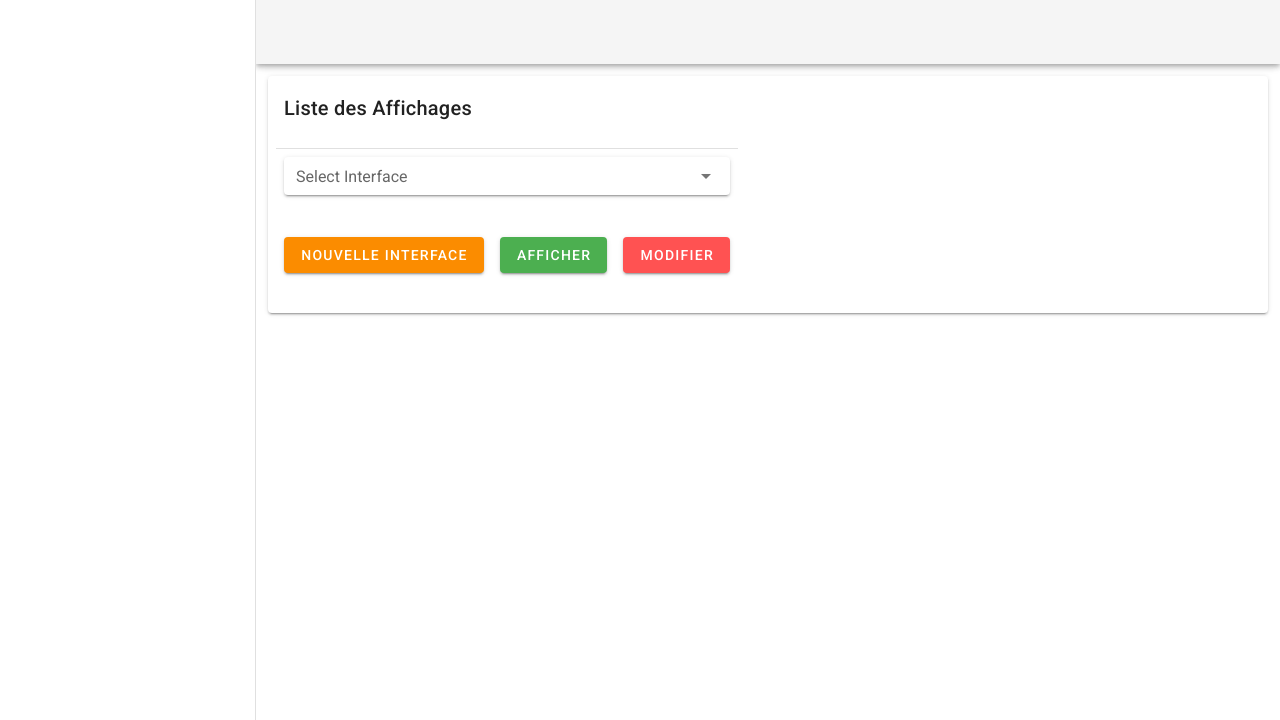
Repository: Hamagistral/BannerApp-Vue
Page: /
The author's editor kept a copy of each file at every save. The page is drawn from the files as they stood at one save, then again after the next save.
The browser window is 1280 px wide. The pictures show the whole page.
The project was rebuilt for these pictures with package versions that can differ from the ones it lists, and the page was loaded fresh each time. Also part of the build but not shown: vue.config.js. Imported but missing from the stored project, and not drawn on this page: src/DynamicPage.vue.

Above is the page before, as saved 2023-02-07 01:15:39.

### public/index.html
<!DOCTYPE html>
<html lang="en">
  <head>
    <meta charset="utf-8">
    <meta http-equiv="X-UA-Compatible" content="IE=edge">
    <meta name="viewport" content="width=device-width,initial-scale=1.0">
    <link rel="icon" href="<%= BASE_URL %>favicon.ico">
    <title>Banner App</title>
    <link rel="stylesheet" href="https://fonts.googleapis.com/css?family=Roboto:100,300,400,500,700,900">
    <link rel="stylesheet" href="https://cdn.jsdelivr.net/npm/@mdi/font@latest/css/materialdesignicons.min.css">
  </head>
  <body>
    <noscript>
      <strong>We're sorry but Banner App doesn't work properly without JavaScript enabled. Please enable it to continue.</strong>
    </noscript>
    <div id="app"></div>
    <!-- built files will be auto injected -->
  </body>
</html>

### src/App.vue
<template>
  <v-app>
  <v-navigation-drawer app>
    <!-- -->
  </v-navigation-drawer>

  <v-app-bar app>
    <!-- -->
  </v-app-bar>

  <!-- Sizes your content based upon application components -->
  <v-main>

    <!-- Provides the application the proper gutter -->
    <v-container fluid>

      <!-- If using vue-router -->
      <router-view></router-view>
    </v-container>
  </v-main>

</v-app>
</template>

<script>

export default {
  name: "App",
  components: {},
};
</script>

### src/router/index.js
import Vue from 'vue'
import VueRouter from 'vue-router'
import DynamicPage from '../DynamicPage.vue'
import Home from "../Home";

Vue.use(VueRouter)

const routes = [
  {
    path: '/',
    name: 'home',
    component: Home
  },
  {
    path: '/dynamicPage',
    name: 'dynamicPage',
    component: DynamicPage
  },

]

const router = new VueRouter({
  routes
})

export default router

### src/Home.vue
<template>
  <div class="text-center mx-auto">
    <v-dialog v-model="dialog" persistent>
      <template v-slot:activator="{ on, attrs }">
        <v-card>
            <v-card-title color="warning" text>Liste des Affichages</v-card-title >

            <v-spacer></v-spacer>

            <v-card-actions>
              <div class="text-center">
                <v-divider></v-divider>
                <v-select
                  class="ma-2"
                  :items="items"
                  label="Select Interface"
                  dense
                  solo
                ></v-select>

                <v-btn class="ma-2 mb-8" color="warning" v-bind="attrs" v-on="on">
                  Nouvelle Interface
                </v-btn>

                <v-btn class="ma-2 mb-8" color="success" to="/dynamicPage">
                  Afficher
                </v-btn>

                <v-btn class="ma-2 mb-8" color="error">
                  Modifier
                </v-btn>
              </div>
            </v-card-actions>
        </v-card>
      </template>

      <v-card class="mx-auto" max-width="344">
        <v-card-title class="text-h5 grey lighten-2">
          Add Interfaces
        </v-card-title>

        <v-tabs>
          <v-tab>Créer un nouvelle Interface</v-tab>
          <v-tab-item>
            <v-divider></v-divider>
            <v-divider></v-divider>
            <v-divider></v-divider>
            <v-divider></v-divider>
            <v-divider></v-divider>
            <v-divider></v-divider>
            <v-divider></v-divider>
            <v-divider></v-divider>
            <v-divider></v-divider>
            <v-row align="center" justify="space-around">
              <v-col cols="12" sm="6" md="4">
                <v-text-field dense label="Nom Interface" v-model="newItem"></v-text-field
                ></v-col
              ><v-btn tile color="success" v-on:click="items.push(newItem)" @click="dialog = false">
                  <v-icon left> mdi-pencil </v-icon>
                  Créer
                </v-btn></v-row
            >
          </v-tab-item>
          <v-tab>Importer une Interface</v-tab>
          <v-tab-item>Test</v-tab-item>
        </v-tabs>

        <v-divider></v-divider>
        <v-card-actions>
          <v-spacer></v-spacer>
          <v-btn color="primary" text @click="dialog = false"> Fermer </v-btn>
        </v-card-actions>
      </v-card>
    </v-dialog>
  </div>
</template>





<script>

export default {
  components: {
  },

  data() {
    return {
      newItem: "",
      show: false,
      dialog: false,
      items: ["Interface 1", "Interface 2", "Interface 3", "Interface 4"],
    };
  },
};
</script>

Loaded but not shown: src/main.js (common file); src/store/index.js (common file); src/plugins/vuetify.js (common file)

After the next save:
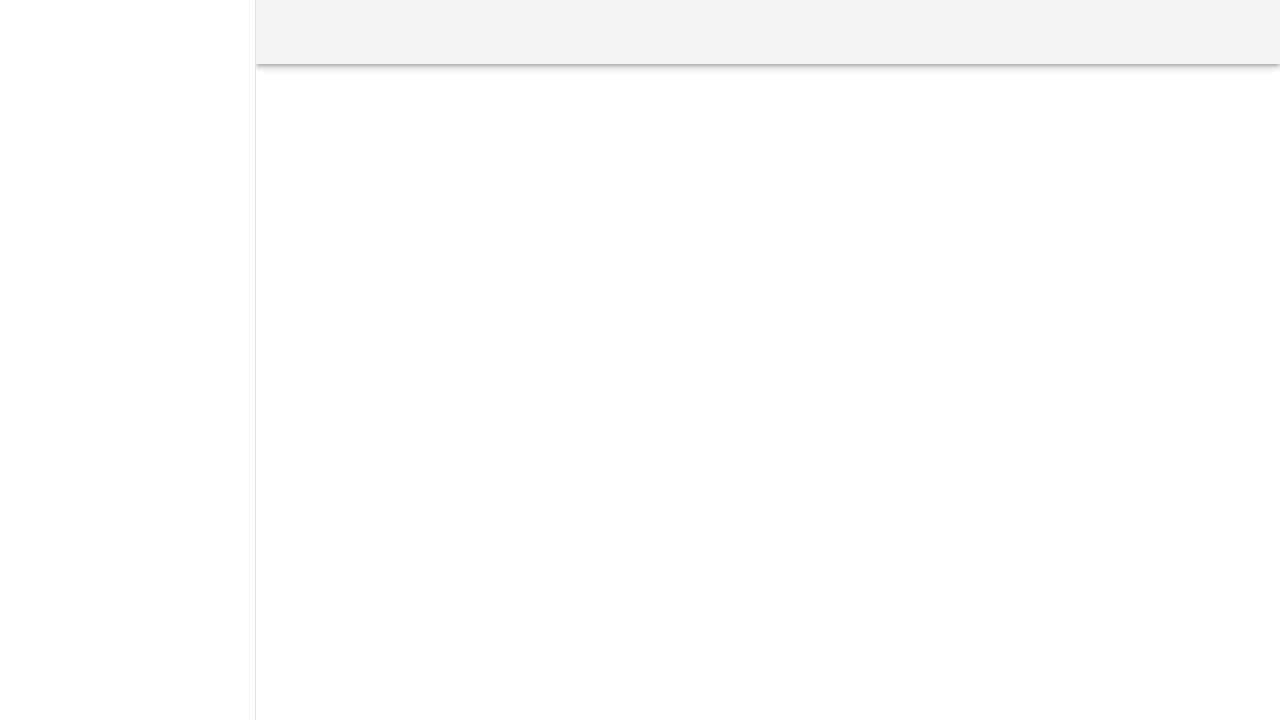
Saved 19 s later.
--- a/src/App.vue
+++ b/src/App.vue
@@ -11,12 +11,7 @@
   <!-- Sizes your content based upon application components -->
   <v-main>
 
-    <!-- Provides the application the proper gutter -->
-    <v-container fluid>
 
-      <!-- If using vue-router -->
-      <router-view></router-view>
-    </v-container>
   </v-main>
 
 </v-app>
